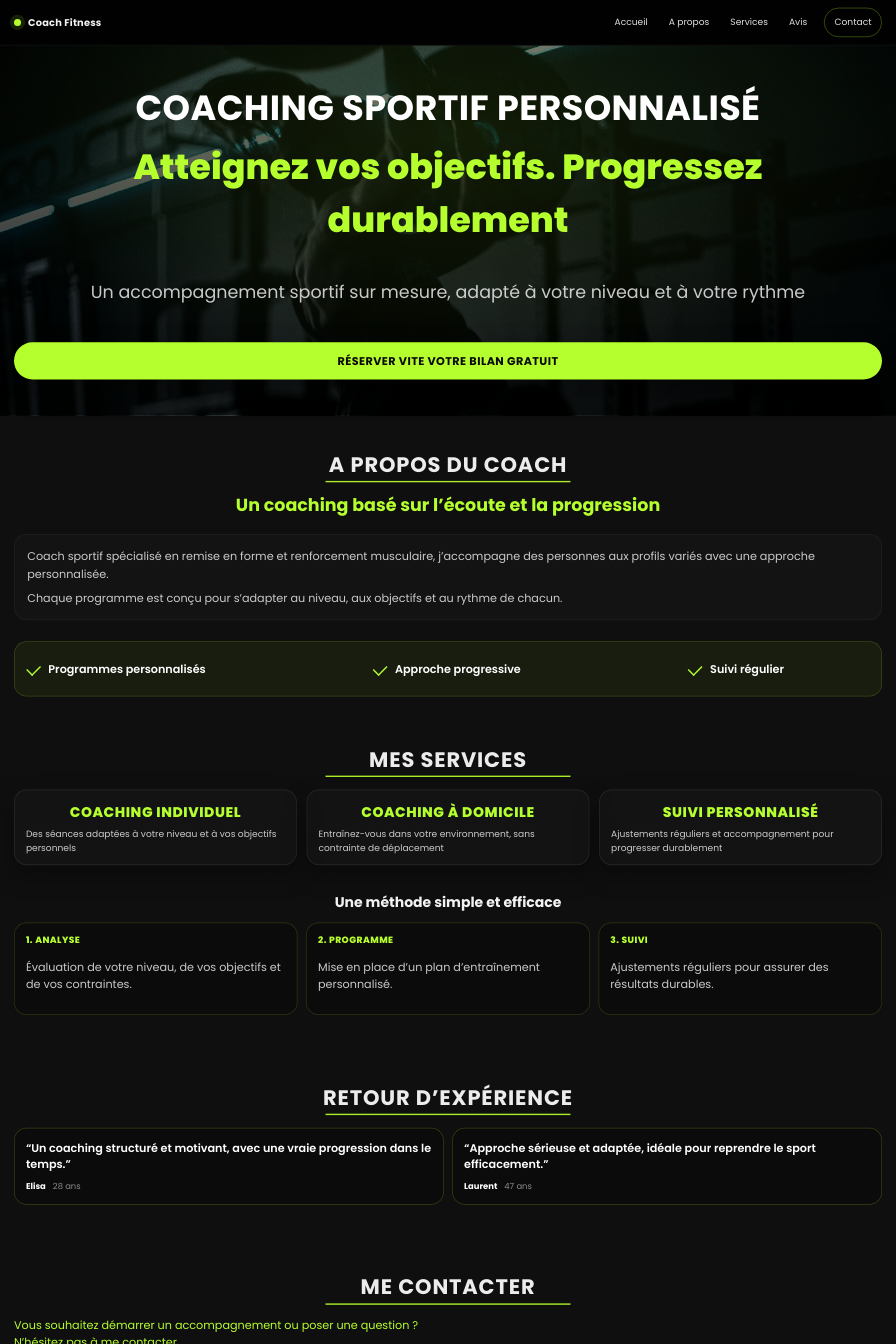
Repository: ThomasHdrd/CoachFitness
Page: index.html
An editor plug-in stored every save of this project. The page is shown before and after the next save, followed by the edit.
The browser window is 1280 px wide. The pictures show the part of the page from y = 0 to 1920 px (the page is 3158 px tall before and 3061 px after), at 70% of full size.

Above is the page before, as saved 2026-01-20 22:28:58.

After the next save:
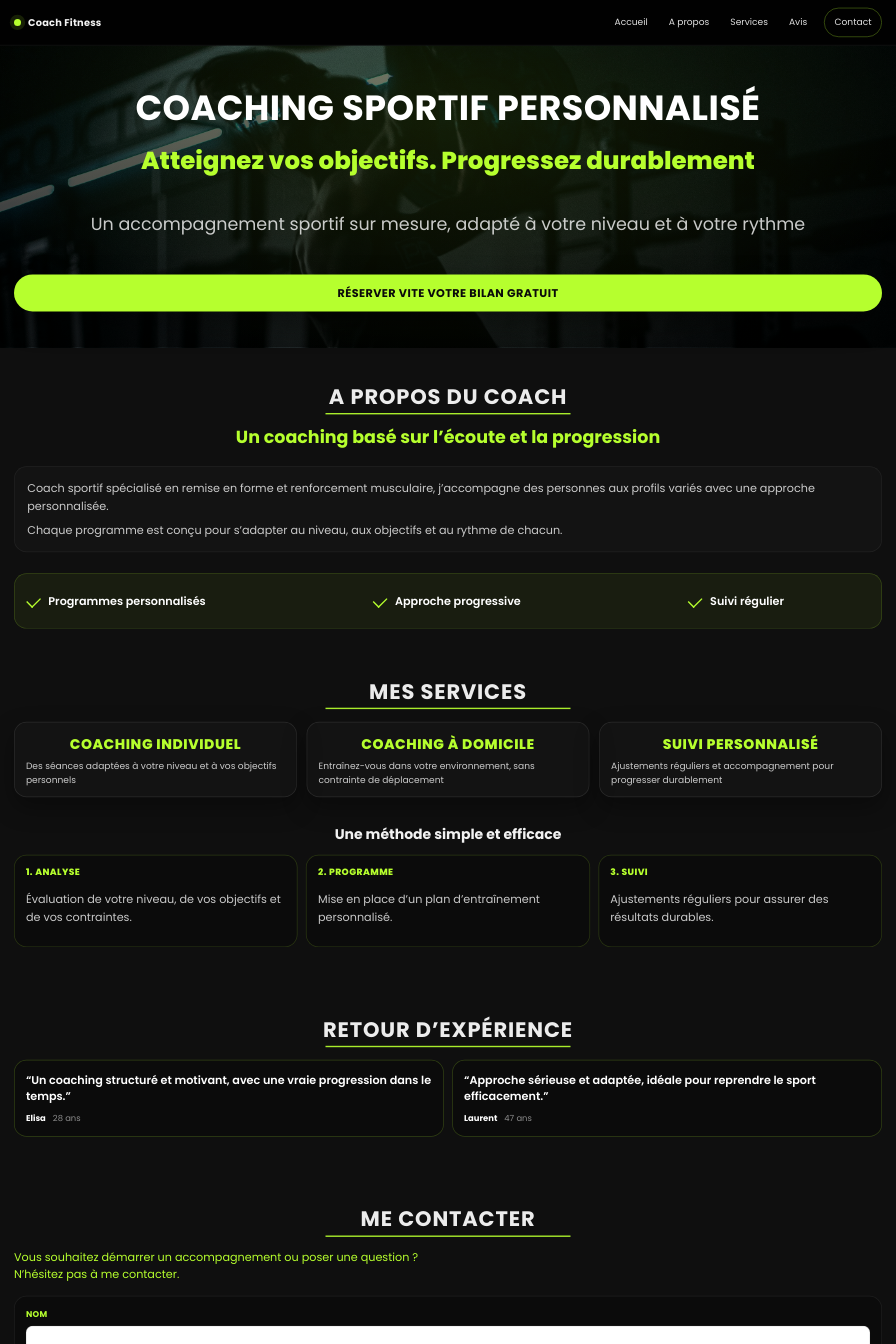
Saved 6 s later.
--- a/styles.css
+++ b/styles.css
@@ -154,7 +154,7 @@ body{
   margin:0 0 10px;
 }
 .hero-title {
-  font-size: 50px;
+  font-size: 35px;
   display:block;
   color: var(--accent);
   font-weight: 800;
